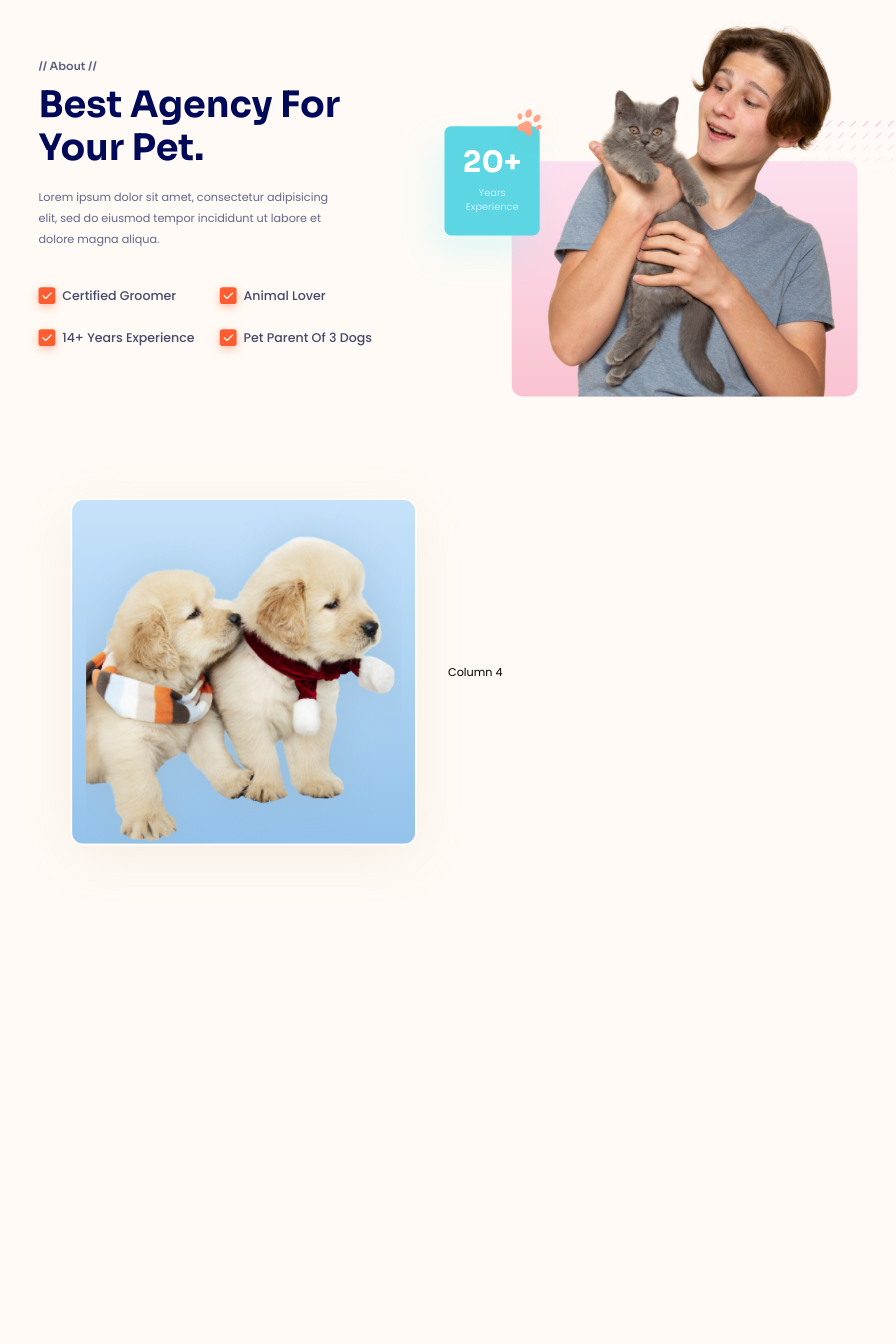
Repository: empty24062002/f8-project-05
Page: index.html
An editor plug-in stored every save of this project. The page is shown before and after the next save, followed by the edit.
The browser window is 1280 px wide. The pictures show the part of the page from y = 888 to 2808 px (the page is 10896 px tall), at 70% of full size.

Above is the page before, as saved 2023-09-11 11:01:49.

After the next save:
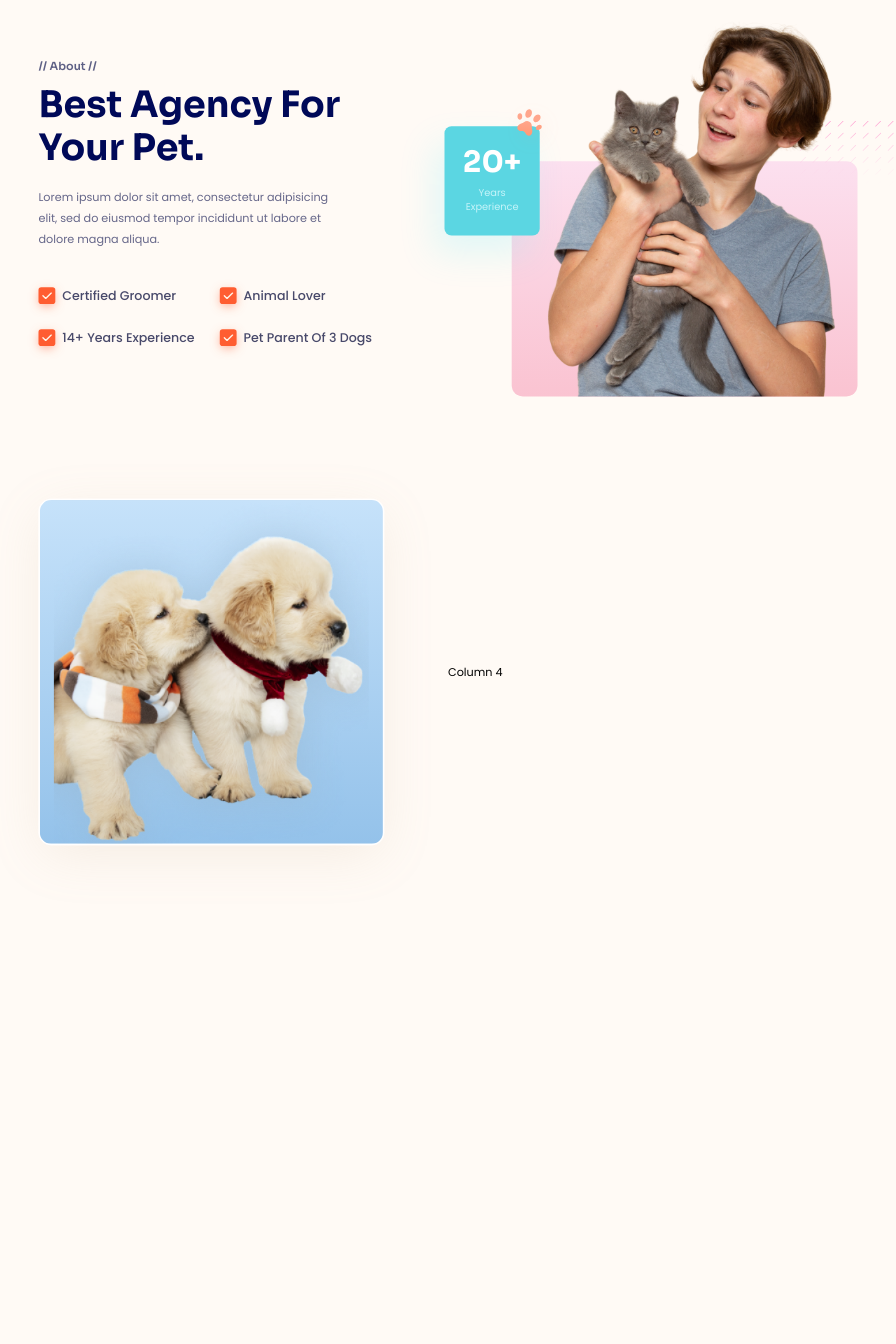
Saved 7 s later.
--- a/assets/css/styles.css
+++ b/assets/css/styles.css
@@ -425,7 +425,7 @@ a {
 }
 
 .about__img-wrap-bottom {
-    margin-right: auto;
+    margin-left: 0;
     border-radius: 18px;
     border: 2px solid #fff;
     background: linear-gradient(180deg, #c6e2fa 0%, #94c2ea 100%);
